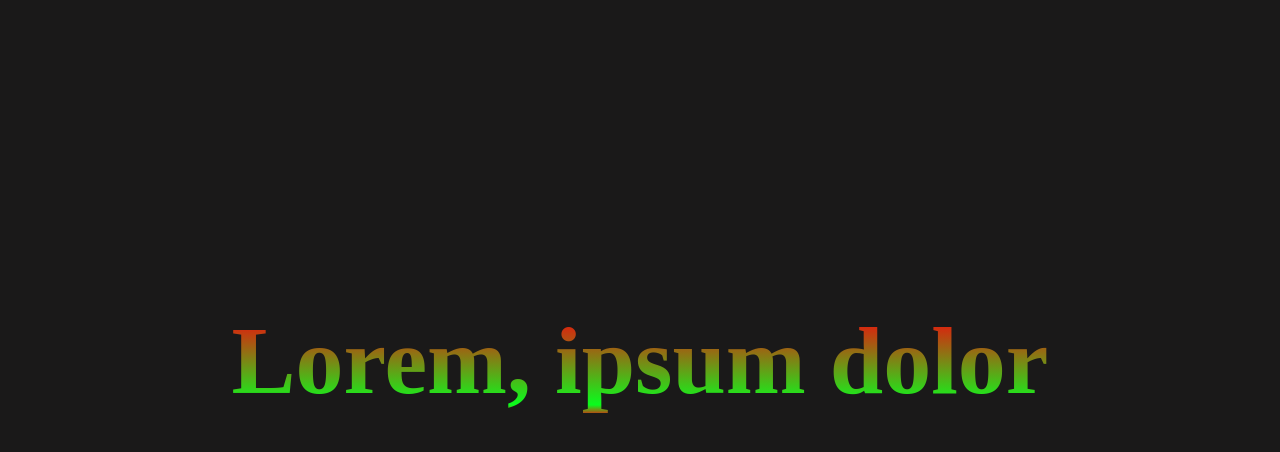
Repository: zuuo/--
Page: 文字颜色跑马灯/index.html
An editor plug-in stored every save of this project. The page is shown before and after the next save, followed by the edit.
The browser window is 1280 px wide. The pictures show the whole page.
The style sheet was rebuilt from its Sass, Less or Tailwind sources for each picture, by a compiler version that may differ from the author's.

Above is the page before, as saved 2024-03-01 16:53:56.

After the next save:
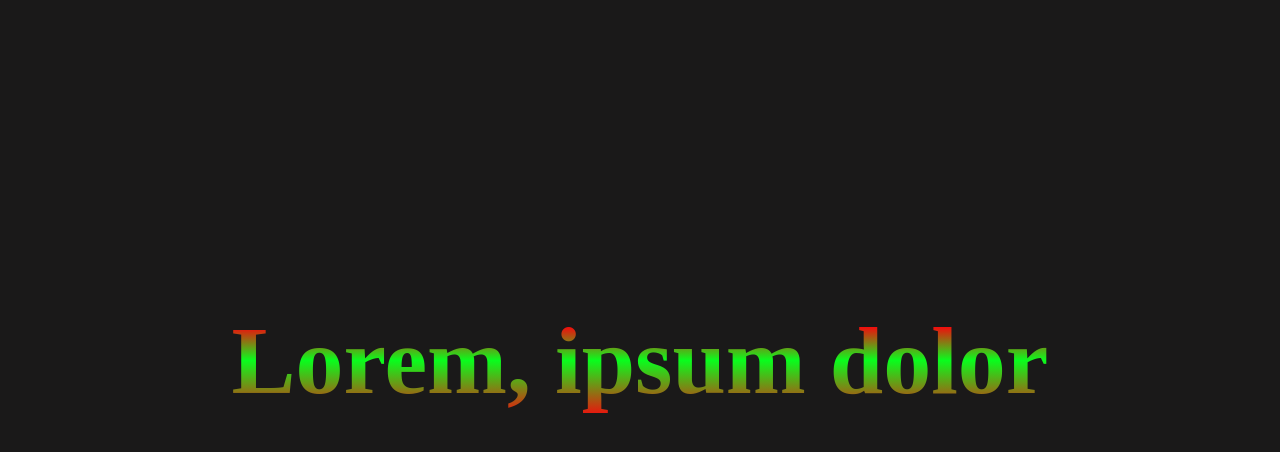
Saved 11 s later.
--- a/文字颜色跑马灯/style.less
+++ b/文字颜色跑马灯/style.less
@@ -15,7 +15,7 @@
         font-size: 96px;
         font-weight: bolder;
         display: block;
-        background-image: linear-gradient(to top, #f10d0d 0%, #09fd1d 10%, #f10d0d 90%);
+        background-image: linear-gradient(to top, #f10d0d 0%, #09fd1d 50%, #f10d0d 80%);
         background-position: 0% 50%;
         background-clip: text;
         // -webkit-background-clip: text;
